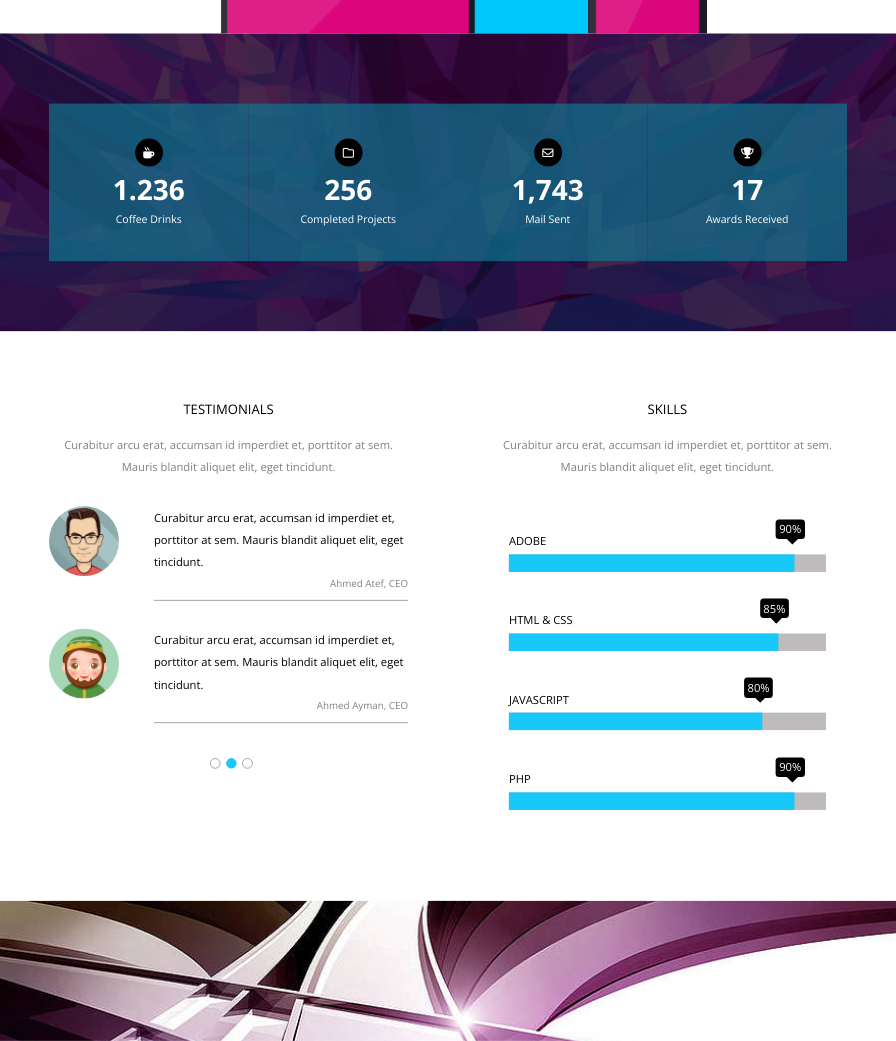
Repository: Ahmed123rezk123/Template_2
Page: index.html
The author's editor kept a copy of each file at every save. The page is drawn from the files as they stood at one save, then again after the next save.
The browser window is 1280 px wide. The pictures show the part of the page from y = 4580 to 6500 px (the page is 6067 px tall before and 6687 px after), at 70% of full size.
A picture or video elsewhere on the page could not be fetched, so the positions and the page height are approximate. Some web fonts or font styles are not loaded; a fallback is used.

Above is the page before, as saved 2024-04-15 19:24:21.

After the next save:
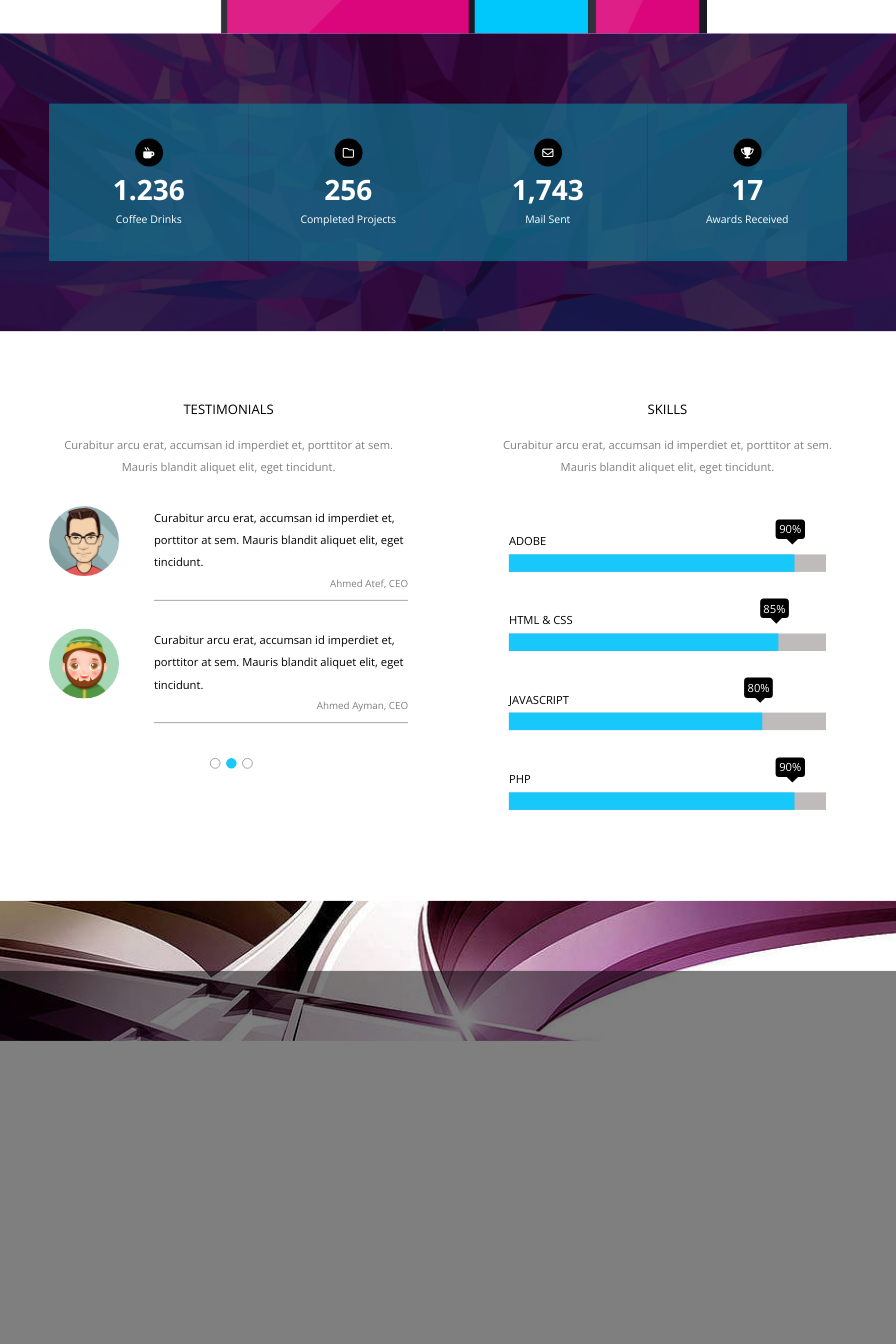
Saved 66 s later.
--- a/css/kasper.css
+++ b/css/kasper.css
@@ -799,4 +799,10 @@ margin-right: 50px;
 background-image: url(/images/quote.jpg);
 background-size: cover;
 }
+.quote .container {
+    position: absolute;
+    background-color: rgba(0, 0, 0, 50%);
+    width: 100%;
+    height: 100%;
+}
 /* End Quote */
